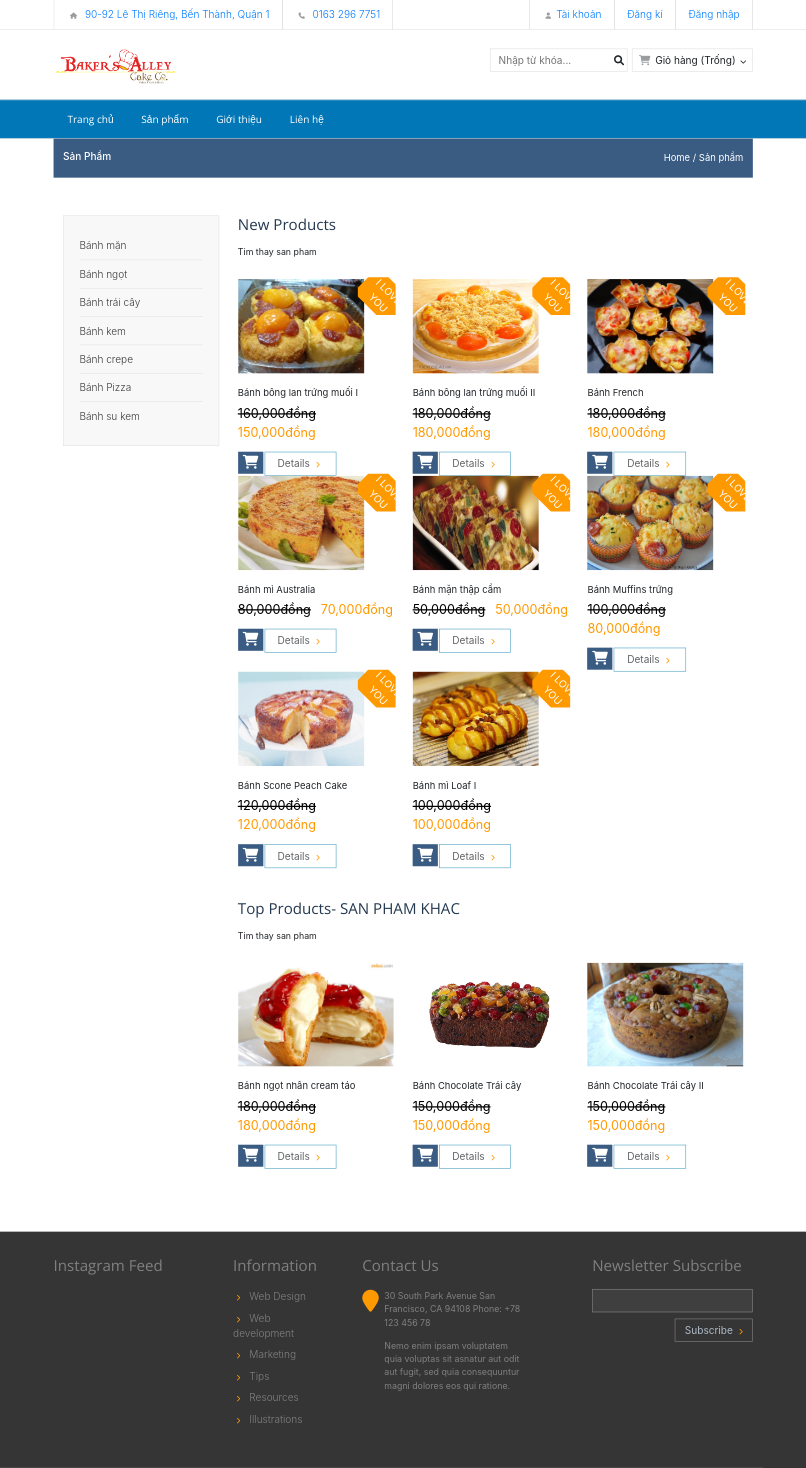
Repository: thidieu2005/Cake-Shop
Page: http://localhost/type-product/1
An editor plug-in stored every save of this project. The page is shown before and after the next save, followed by the edit.
The browser window is 1280 px wide. The pictures show the whole page, at 63% of full size.
Some web fonts or font styles are not loaded; a fallback is used. Some web libraries are served in a nearby version. The page is served by the project's Laravel application, run on PHP 8.4 with Laravel 10. The database holds what the project's SQL file puts in it.

Above is the page before, as saved 2025-03-18 08:37:55.

After the next save:
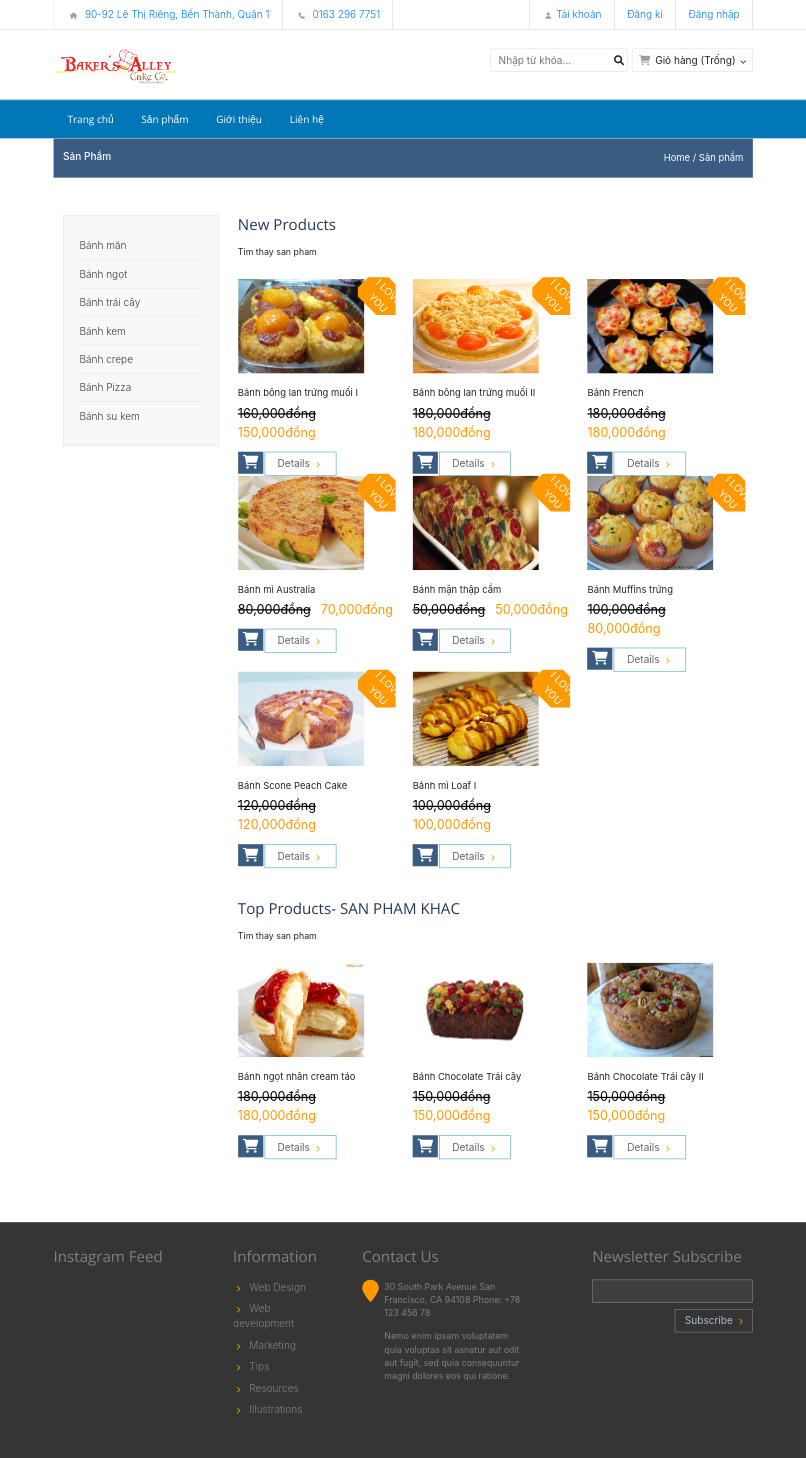
Saved 10 s later.
--- a/resources/views/page/loai_sanpham.blade.php
+++ b/resources/views/page/loai_sanpham.blade.php
@@ -106,7 +106,7 @@
                             <div class="col-sm-4">
                                 <div class="single-item">
                                     <div class="single-item-header">
-                                        <a href="product.html"><img src="/source/image/product/{{$sp_khac->image}}" alt=""></a>
+                                        <a href="product.html"><img width="200" height="150" src="/source/image/product/{{$sp_khac->image}}" alt=""></a>
                                     </div>
                                     <div class="single-item-body" style="font-size: 18px">
                                         <p class="single-item-title">{{$sp_khac->name}}</p>
